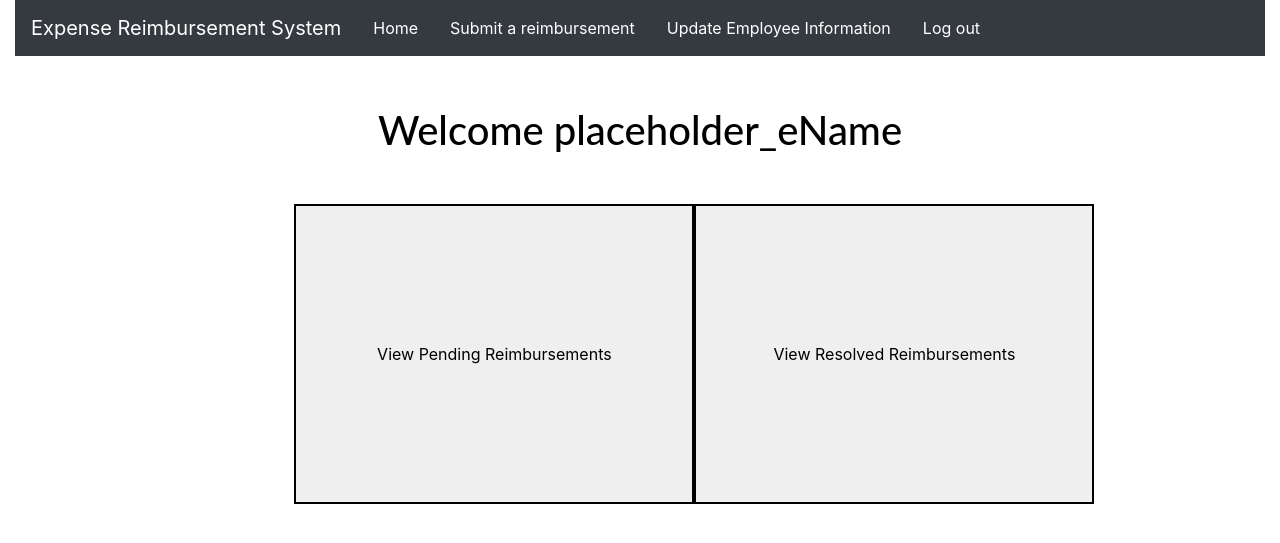
Repository: Trevormulrenin/ers-app
Page: ers-app/src/main/webapp/html/employee_home.html
The author's editor kept a copy of each file at every save. The page is drawn from the files as they stood at one save, then again after the next save.
The browser window is 1280 px wide. The pictures show the whole page.

Above is the page before, as saved 2021-03-30 23:11:05.

### ers-app/src/main/webapp/html/employee_home.html
<!DOCTYPE html>
<html>
<head>
	<meta charset="UTF-8">
	<meta name="viewport" content="width=device-with, initial-scale=1.0">

	<link rel="stylesheet" href="https://stackpath.bootstrapcdn.com/bootstrap/4.5.2/css/bootstrap.min.css" integrity="sha384-JcKb8q3iqJ61gNV9KGb8thSsNjpSL0n8PARn9HuZOnIxN0hoP+VmmDGMN5t9UJ0Z" crossorigin="anonymous">
 	<link rel="stylesheet" type="text/css" href="../css/style.css">

<title>Expense Reimbursement System</title>
</head>
<style>
#pending-reimbursement, #resolved-reimbursement {
	border: 2px solid black;
	color: black;
	text-align:center;
	height: 300px;
	width: 400px;
	position: relative;
    top:40%;
    left: 23%;
    display: inline-block;
}

#pending-reimbursement {
	float: left;
}

#resolved-reimbursement:hover {
	background-color: gray;
	color:white;
}

#pending-reimbursement:hover {
	background-color: gray;

	color:white;
}

#welcome-message {
	position:relative;
}
</style>
<body>
	<div class="container-fluid">
		<nav class="navbar navbar-expand-lg navbar-dark bg-dark">
			<a class="navbar-brand" href="/EmployeeHomeServlet">Expense Reimbursement System</a>
				<a class="nav-item nav-link" href="./EmployeeHomeServlet">Home</a>
				<a class="nav-item nav-link" href="html/reimbursement_home.html">Submit a reimbursement</a>
				<a class="nav-item nav-link" href="html/employee_info.html">Update Employee Information</a>

			<div class="nav-list-right" id="navbar-menu-right">
				<a class="nav-item nav-link" href="logout.html">Log out</a>
			</div>

		</nav>
	</div>

	<div id="welcome-message">
		<h1>Welcome placeholder_eName</h1>
	</div>

	<div id="reimbursement-body">

	<form action="../ers-app/ViewPendingReimbursements" method="get">
		<button type="submit" class="button" id="pending-reimbursement" >View Pending Reimbursements</button>
	</form>
	<form action="../ers-app/ViewResolvedReimbursementsServlet" method="get">
		<button type="submit" id="resolved-reimbursement" class="button">View Resolved Reimbursements</button>
	</form>

	</div>

	<script type="text/javascript">
		var button = document.getElementById('reimbursement-body');
		button.addEventListener('click', function() { button.style.display = 'none'; });
	</script>

</body>


</html>

### ers-app/src/main/webapp/css/style.css
@charset "UTF-8";

#navbar-menu-right{
	text-decoration: none;
	color: black;
}

.nav-item, .nav-item-active, .nav-list-right {
		color: white;
		border: 1px;
		border-color:white;
	}

h1 {
	text-align: center;
    font-family: Lato;
    color: Black;
    font-size: 40px;
    margin: 50px;
}

p {
	text-align: center;
    font-family: Lato;
	color: Black;
	font-size: 15px;
}

h2 {
	text-align: center;
    font-family: Lato;
    color: Black;
    font-size: 40px;
    margin: 25px;
}

#enter-credentials {
	text-align: center;
    font-family: Lato;
	color: Black;
	font-size: 20px;
}


#pending-reimbursement, #resolved-reimbursement {
	border: 2px solid black;
	color: black;
	text-align:center;
	height: 300px;
	width: 400px;
    top:30%;
    left:10%;
/*     display: flex; */
/* 	justify-content: space-evenly; */
}

#pending-reimbursement {
	float: left;
}

#resolved-reimbursement:hover {
	background-color: gray;
	color:white;
}

#pending-reimbursement:hover {
	background-color: gray;

	color:white;
}

#pending-table, #resolved-table {
	padding: 10px;
	margin-left: auto;
	margin-right: auto;
	margin-top:20%;
	border: 2px solid black;
	border-collapse: separate;
	border-spacing: 10px;
}

.nav-item, .nav-item-active, .nav-list-right {
/* 		text-decoration: none; */
		color: white;
		border: 1px;
		border-color:white;
	}

th, tr {
	border: 2px;
}

#log-in-button {
	text-align: center;
}

.login {
	border: 2px solid black;
	content: 5px;
	width: auto;
	text-align: center;
	padding: 5px;
	margin: auto;
	box-shadow: white;
}

#update-table {
	width: "100%";
	padding: 2px;
	margin-top: 5px;
	margin-bottom: 0px;
	margin-left: auto;
	margin-right: auto;
	border: 1px solid black;
	border-collapse: separate;
	border-spacing: 2px;
}

#reimbursement-table {
	width: "100%";
	padding: 2px;
	margin-top: 5px;
	margin-bottom: 0px;
	margin-left: auto;
	margin-right: auto;
	border: 1px solid black;
	border-collapse: separate;
	border-spacing: 2px;
}

.log-in-button {
	text-align: center;
	margin-top: 10px;
}

After the next save:
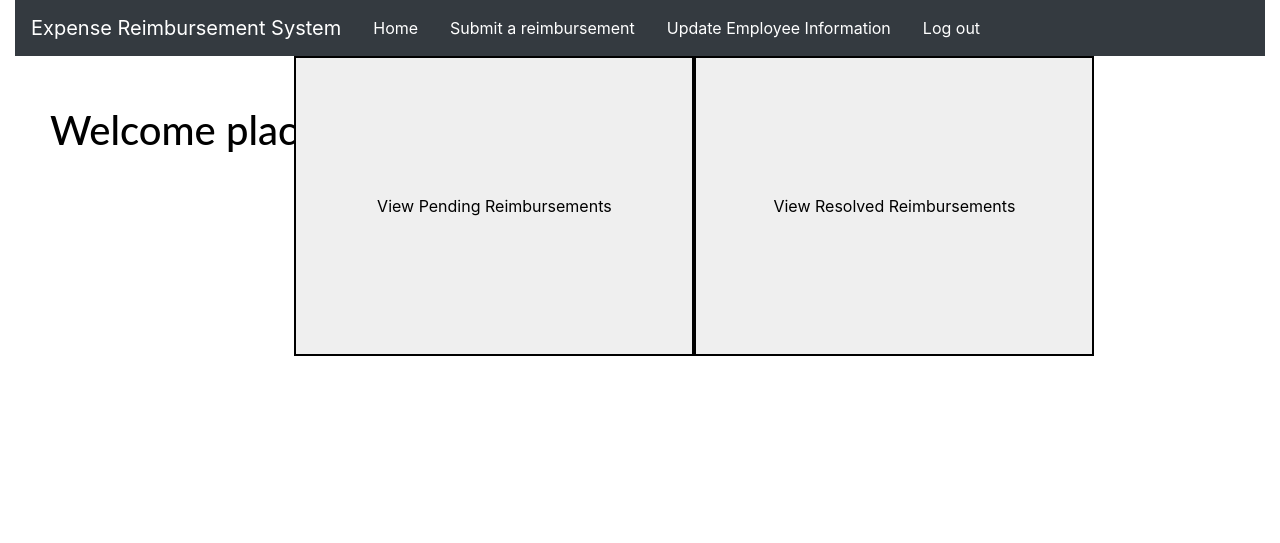
Saved 7 s later.
--- a/ers-app/src/main/webapp/html/employee_home.html
+++ b/ers-app/src/main/webapp/html/employee_home.html
@@ -38,7 +38,7 @@
 }
 
 #welcome-message {
-	position:relative;
+	position:fixed;
 }
 </style>
 <body>

After the save that followed:
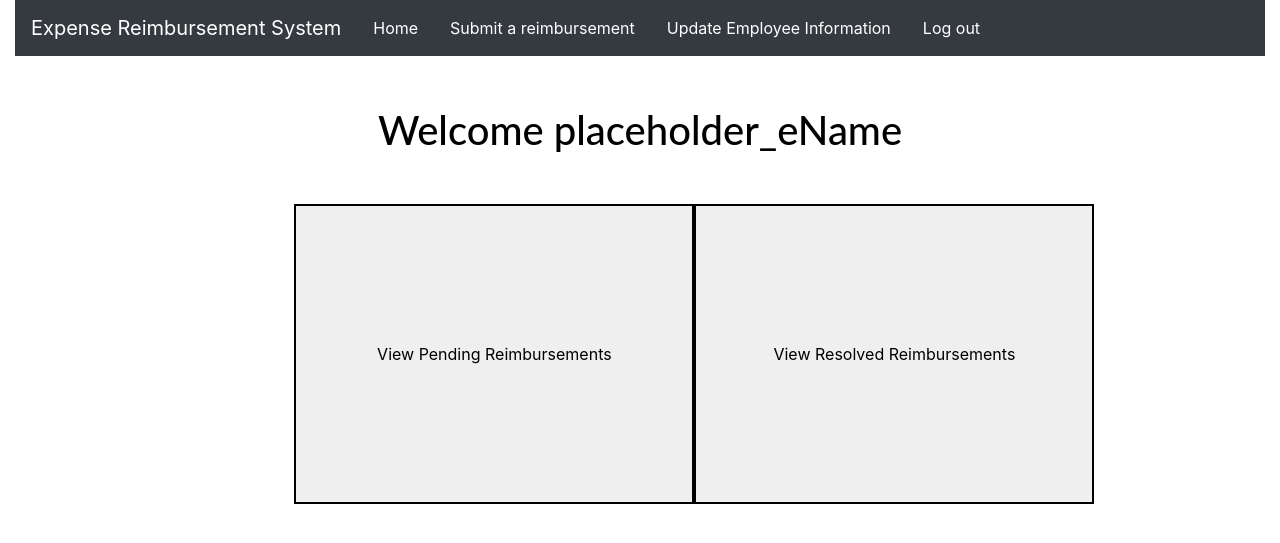
Saved 9 s later.
--- a/ers-app/src/main/webapp/html/employee_home.html
+++ b/ers-app/src/main/webapp/html/employee_home.html
@@ -38,7 +38,7 @@
 }
 
 #welcome-message {
-	position:fixed;
+	align:left;
 }
 </style>
 <body>
